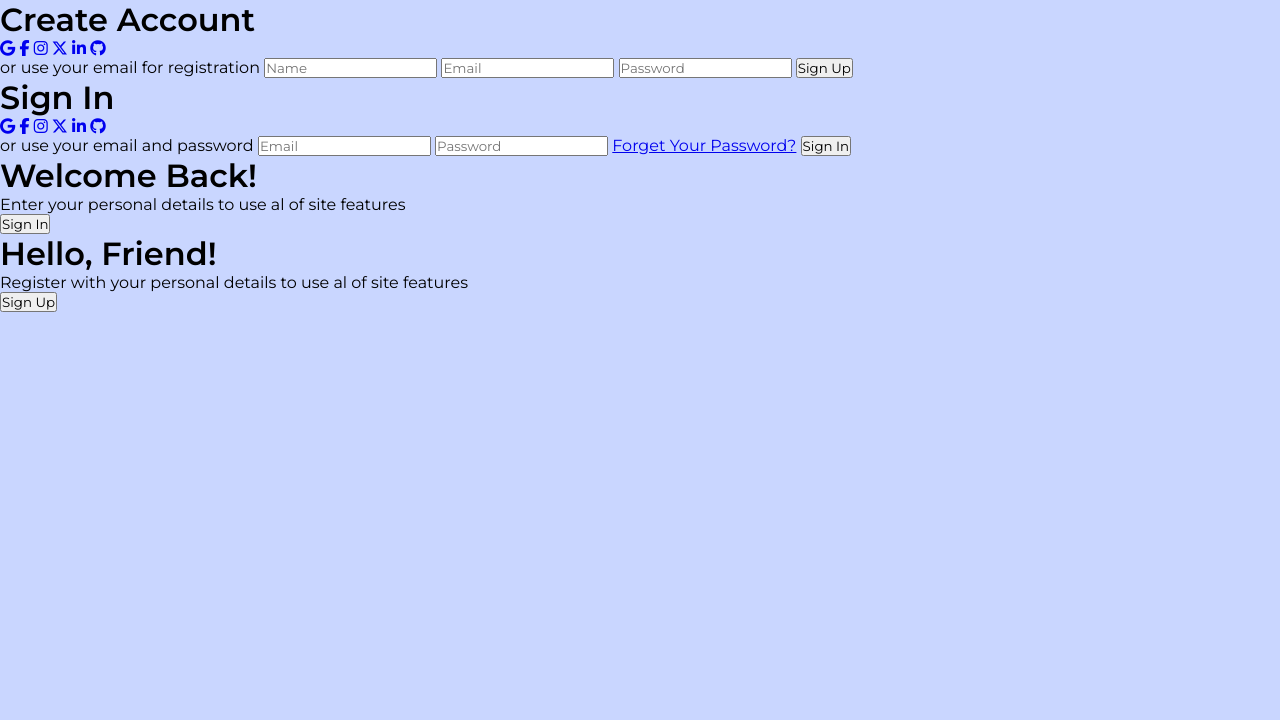
Repository: DevMike1993/Animated_Login_Page
Page: index.html
An editor plug-in stored every save of this project. The page is shown before and after a run of saves, followed by the edit.
The browser window is 1280 px wide. The pictures show the whole page.

Above is the page before, as saved 2023-12-17 19:52:02.

### index.html
<!DOCTYPE html>
<html lang="en">
<head>
    <meta charset="UTF-8">
    <meta name="viewport" content="width=device-width, initial-scale=1.0">
    <link rel="stylesheet" href="https://cdnjs.cloudflare.com/ajax/libs/font-awesome/6.5.1/css/all.min.css">
    <link rel="stylesheet" href="style.css">
    <title>Animated Login Page</title>
</head>
<body>

    <div class="container" id="container">
        <div class="form-container sign-up">
            <form>
                <h1>Create Account</h1>
                <div class="social-icons">
                    <a href="#" class="icon"><i class="fa-brands fa-google"></i></a>
                    <a href="#" class="icon"><i class="fa-brands fa-facebook-f"></i></a>
                    <a href="#" class="icon"><i class="fa-brands fa-instagram"></i></a>
                    <a href="#" class="icon"><i class="fa-brands fa-x-twitter"></i></a>
                    <a href="#" class="icon"><i class="fa-brands fa-linkedin-in"></i></a>
                    <a href="#" class="icon"><i class="fa-brands fa-github"></i></a>
                </div>
                <span>or use your email for registration</span>
                <input type="text" placeholder="Name">
                <input type="email" placeholder="Email">
                <input type="password" placeholder="Password">
                <button>Sign Up</button>
            </form>
        </div>
        <div class="form-container sign-in">
            <form>
                <h1>Sign In</h1>
                <div class="social-icons">
                    <a href="#" class="icon"><i class="fa-brands fa-google"></i></a>
                    <a href="#" class="icon"><i class="fa-brands fa-facebook-f"></i></a>
                    <a href="#" class="icon"><i class="fa-brands fa-instagram"></i></a>
                    <a href="#" class="icon"><i class="fa-brands fa-x-twitter"></i></a>
                    <a href="#" class="icon"><i class="fa-brands fa-linkedin-in"></i></a>
                    <a href="#" class="icon"><i class="fa-brands fa-github"></i></a>
                </div>
                <span>or use your email and password</span>
                <input type="email" placeholder="Email">
                <input type="password" placeholder="Password">
                <a href="#">Forget Your Password?</a>
                <button>Sign In</button>
            </form>
        </div>
        <div class="toggle-container">
            <div class="toggle">
                <div class="toggle-panel toggle-left">
                    <h1>Welcome Back!</h1>
                    <p>Enter your personal details to use al of site features</p>
                    <button class="hiden" id="login">Sign In</button>
                </div>
                <div class="toggle-panel toggle-right">
                    <h1>Hello, Friend!</h1>
                    <p>Register with your personal details to use al of site features</p>
                    <button class="hiden" id="register">Sign Up</button>
                </div>
            </div>
        </div>
    </div>

    <script src="script.js"></script>
</body>
</html>

### style.css
@import url('https://fonts.googleapis.com/css2?family=Montserrat:ital,wght@0,200;0,300;0,400;0,500;0,600;1,200;1,300&family=Poppins&display=swap');

*{
    margin: 0;
    padding: 0;
    box-sizing: border-box;
    font-family: "Montserrat", sans-serif;
}

body{
    background-color: #c9d6ff;
    background: linear-gradient(to right, #e2e2e2);
}

Loaded but not shown: script.js (no copy from this time; the picture is the same without it)

After the next 3 saves:
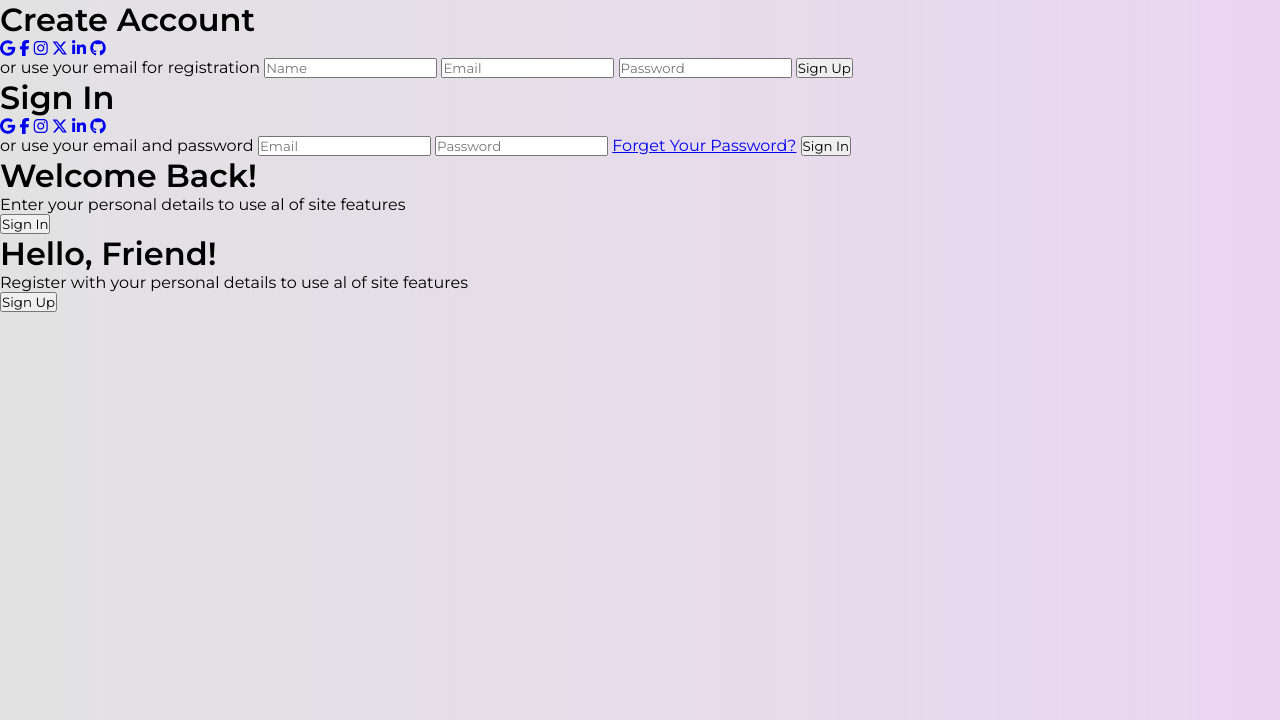
The 3 saves are shown as one change because they came seconds apart.
The last was saved 11 s later.
--- a/style.css
+++ b/style.css
@@ -9,5 +9,5 @@
 
 body{
     background-color: #c9d6ff;
-    background: linear-gradient(to right, #e2e2e2);
+    background: linear-gradient(to right, #e2e2e2, #c9d6);
 }
